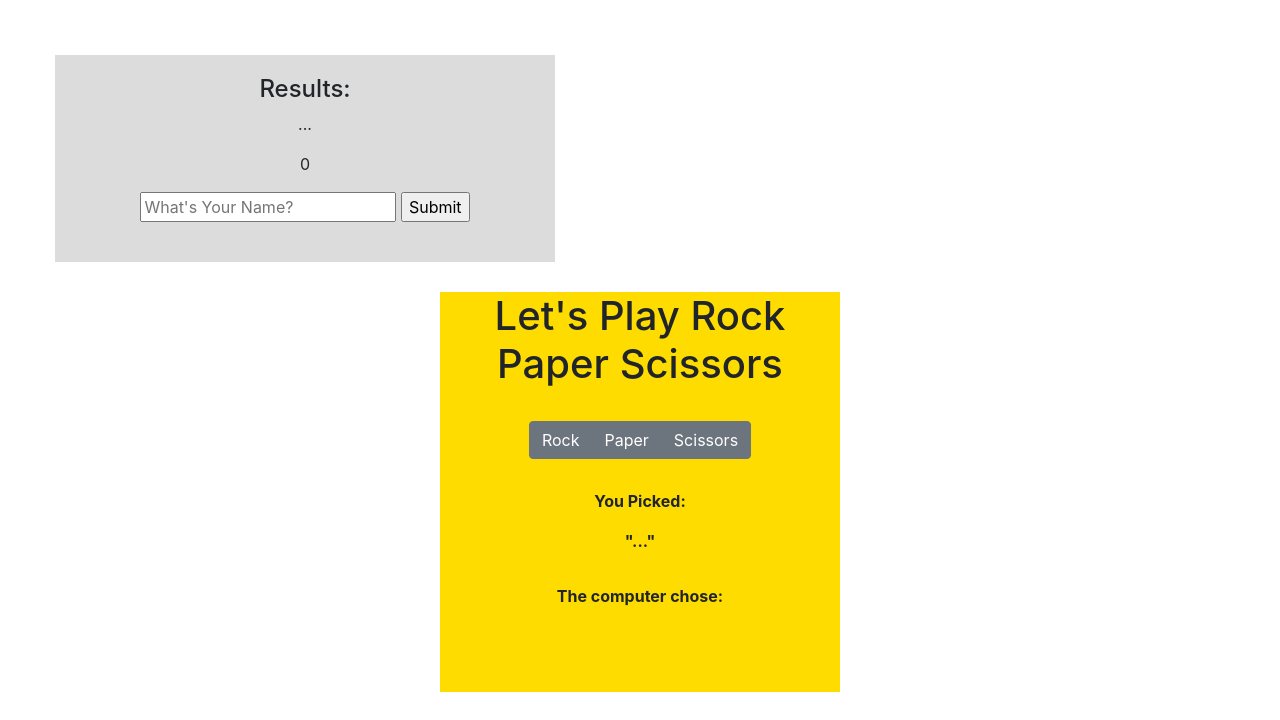
Repository: mskurnickcode/coupleDo
Page: http://localhost/
The author's editor kept a record of every edit. The page is drawn from the files as they stood at one moment, then again after the next edit.
The browser window is 1280 px wide. The pictures show the whole page.
The page is served by the project's application, run on Flask 3 (Rock/application.py).

Above is the page before.

### ubuntu/Rock/templates/index.html
<!DOCTYPE HTML>

<html lang="en">
    <head>
        <title>Rock Paper Scissors</title>
        <link href="static/css_image/styles.css" rel="stylesheet">
        <link href="https://stackpath.bootstrapcdn.com/bootstrap/4.5.0/css/bootstrap.min.css" rel="stylesheet">
    </head>
    <body>
        <div class="resultBox">
            <h4>Results:</h4>
            <p id ="win">...</p>
            <form action= "/" method = "post">
                <p name = "score" id ="winCount">0</p>
                <input id="name" name="name" type = "text" placeholder="What's Your Name?">
                <input id="submit" type = "submit">
            </form>
        </div>
        <div class= "center">
            <div class="title">
                <h1>Let's Play Rock Paper Scissors</h1>
            </div>
            <div id= "btn-grp" class="btn-group" role="group" aria-label="Basic example">
                <button id="rock" type="button" class="btn btn-secondary">Rock</button>
                <button id="paper" type="button" class="btn btn-secondary">Paper</button>
                <button id="scissors" type="button" class="btn btn-secondary">Scissors</button>
            </div>
            <div class="answer">
                <p>You Picked:</p><p id= "answer"> "..." </p>
                <p class = "compAnswer"> The computer chose: </p>
                <p id= "compAnswer"></p>
            </div>
        </div>
        <script src="static/css_image/rps.js"></script>
    </body>

### ubuntu/Rock/application.py
from flask import Flask, redirect, render_template, request
from cs50 import SQL

app = Flask(__name__)

leaders = []

@app.route("/", methods = ["GET", "POST"])
def add():
    if request.method == "GET":
        return render_template("/index.html")
    else:
        leader = request.form.get("name")
        leaders.append(leader)
        return redirect("/leaderboard")

@app.route("/leaderboard")
def leaderboard ():
    return render_template("leaderboard.html", leaders = leaders)

### ubuntu/Rock/static/css_image/styles.css
* {
  box-sizing: border-box;
}

body {
padding: 25px;
}

.center {
  background-color: #FFDC00;
  width: 400px;
  height: 400px;
  margin: 0 auto;
  text-align: center;
}

.btn-group {
  padding-top: 25px;
  display: block;
  margin-left: auto;
  margin-right: auto;
}

.answer {
  padding-top: 30px;
  font-weight: bold;
}

.compAnswer {
  padding-top: 15px;
}

.media {
  height: 75px;
  width: 75px;
}

.resultBox {
  float: inline;
  background-color:	#DCDCDC;
  margin: 30px;
  padding: 20px 40px 40px;
  max-width: 500px;
  text-align: center;
}

### ubuntu/Rock/static/css_image/rps.js
var comp = document.createElement("BUTTON");
var node = document.createTextNode("This is a new paragraph.");
var element = document.getElementById("compAnswer");
let answers = ["Rock", "Paper", "Scissors"];

var total_wins = 0;

function random() { return Math.floor(Math.random() * 3-1) + 1;}

let answer = document.querySelector('#answer')
        document.querySelector('#rock').onclick = function() {
            answer.innerHTML = "Rock";
            comp.appendChild(node);
            let int = random ()
            comp.innerHTML= answers[int]
            element.appendChild(comp);

            let a = answer.innerHTML;
            let b = comp.innerHTML;
            let result = winner(a,b);

            update_results(result, total_wins)

        }
        document.querySelector('#paper').onclick = function() {
            answer.innerHTML = "Paper"
            comp.appendChild(node);
            let int = random ()
            comp.innerHTML= answers[int]
            element.appendChild(comp);

            let a = answer.innerHTML;
            let b = comp.innerHTML;
            let result = winner(a,b);

            update_results(result, total_wins)
        }
        document.querySelector('#scissors').onclick = function() {
            answer.innerHTML="Scissors"
            comp.appendChild(node);
            let int = random ()
            comp.innerHTML= answers[int]
            element.appendChild(comp);

            let a = answer.innerHTML;
            let b = comp.innerHTML;
            let result = winner(a,b);

            update_results(result, total_wins)
        }


function winner (a,b) {
    var awins = 0;
    var alosses = 0;
    var ties = 0;

    if(a == b) ties++;
    else {
             if(a=="Rock" && b=="Scissors") awins++;
        else if(a=="Rock" && b=="Paper") alosses++;
        else if(a=="Paper" && b=="Scissors") alosses++;
        else if(a=="Paper" && b=="Rock") awins++;
        else if(a=="Scissors" && b=="Paper") awins++;
        else if(a=="Scissors" && b=="Rock") alosses++;
    }

    if (awins > 0) {
        total_wins++;
        return "You Win"
    }

    if (alosses > 0) {
        return "You Lose"
    }

    if (ties > 0) {
        return "It's a tie"
    }
}


function update_results (result, total_wins) {

    var element = document.getElementById("win");
    element.innerHTML= result

    if (result == "You Win") {
        var winCount = document.getElementById("winCount")
        winCount.innerHTML = total_wins
    }
}

After the next edit:
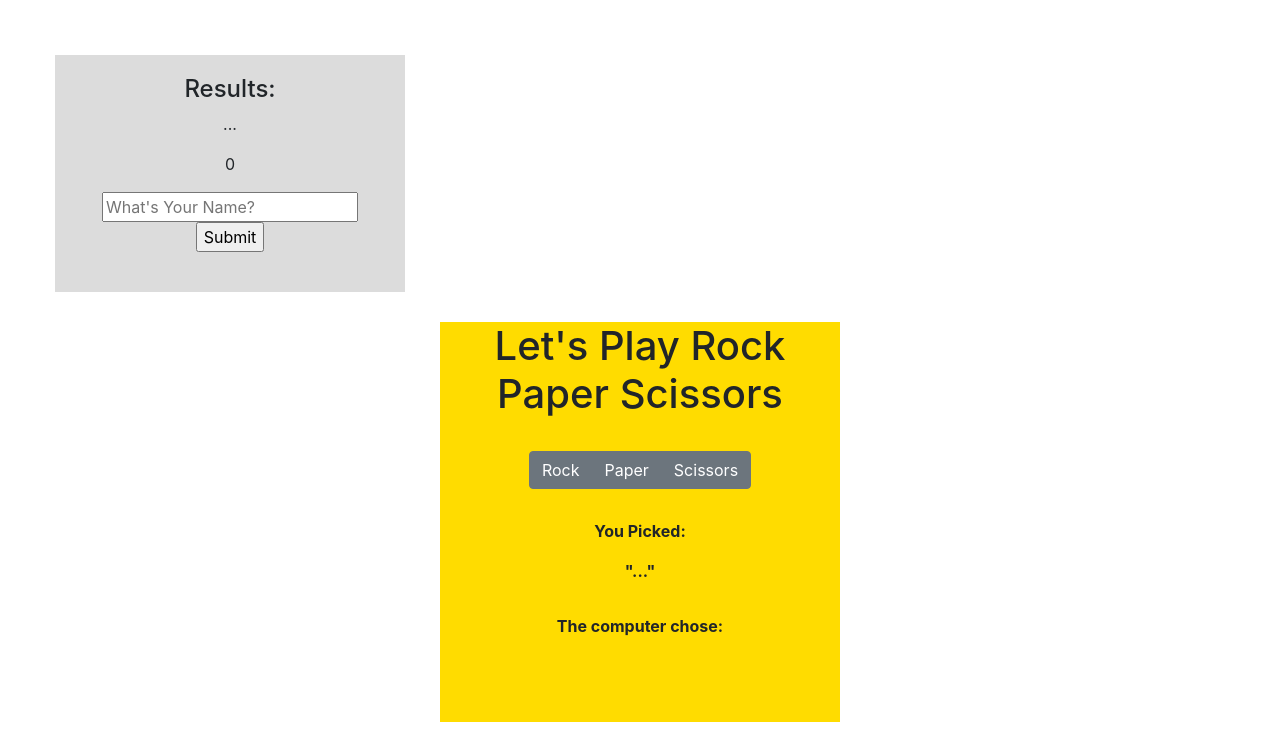
The edit:
--- a/ubuntu/Rock/static/css_image/styles.css
+++ b/ubuntu/Rock/static/css_image/styles.css
@@ -40,6 +40,6 @@
   background-color:	#DCDCDC;
   margin: 30px;
   padding: 20px 40px 40px;
-  max-width: 500px;
+  max-width: 350px;
   text-align: center;
 }
